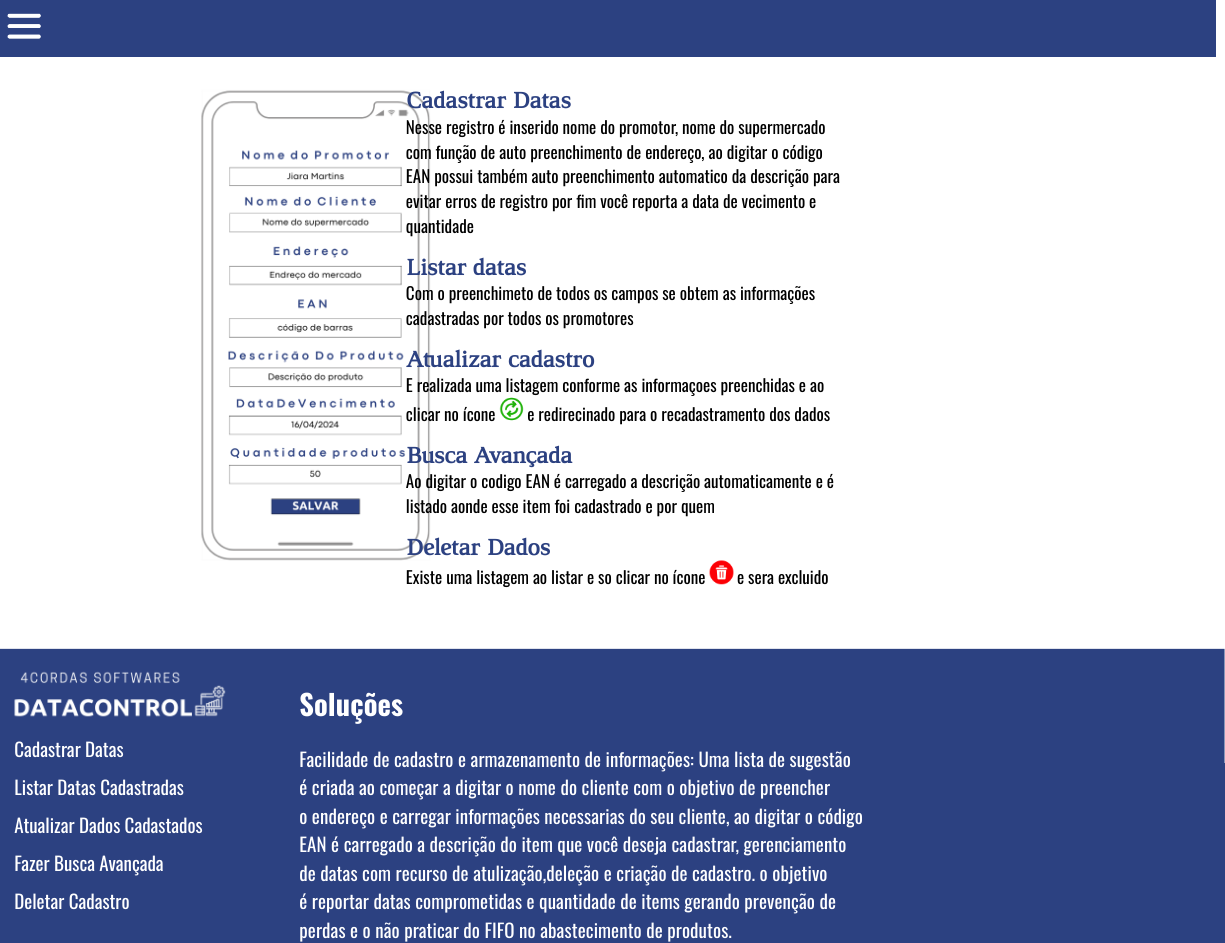
Repository: alfredo-allan/ControleDeDatasFrontEnd
Page: index.html
An editor plug-in stored every save of this project. The page is shown before and after the next save, followed by the edit.
The browser window is 1280 px wide. The page is 1289 px wide, so the pictures cover 1289 px, including what lies to the right of the window. The pictures show the whole page, at 95% of full size.

Above is the page before, as saved 2024-04-30 14:59:43.
Console error: TypeError: Cannot read properties of null (reading 'addEventListener')

After the next save:
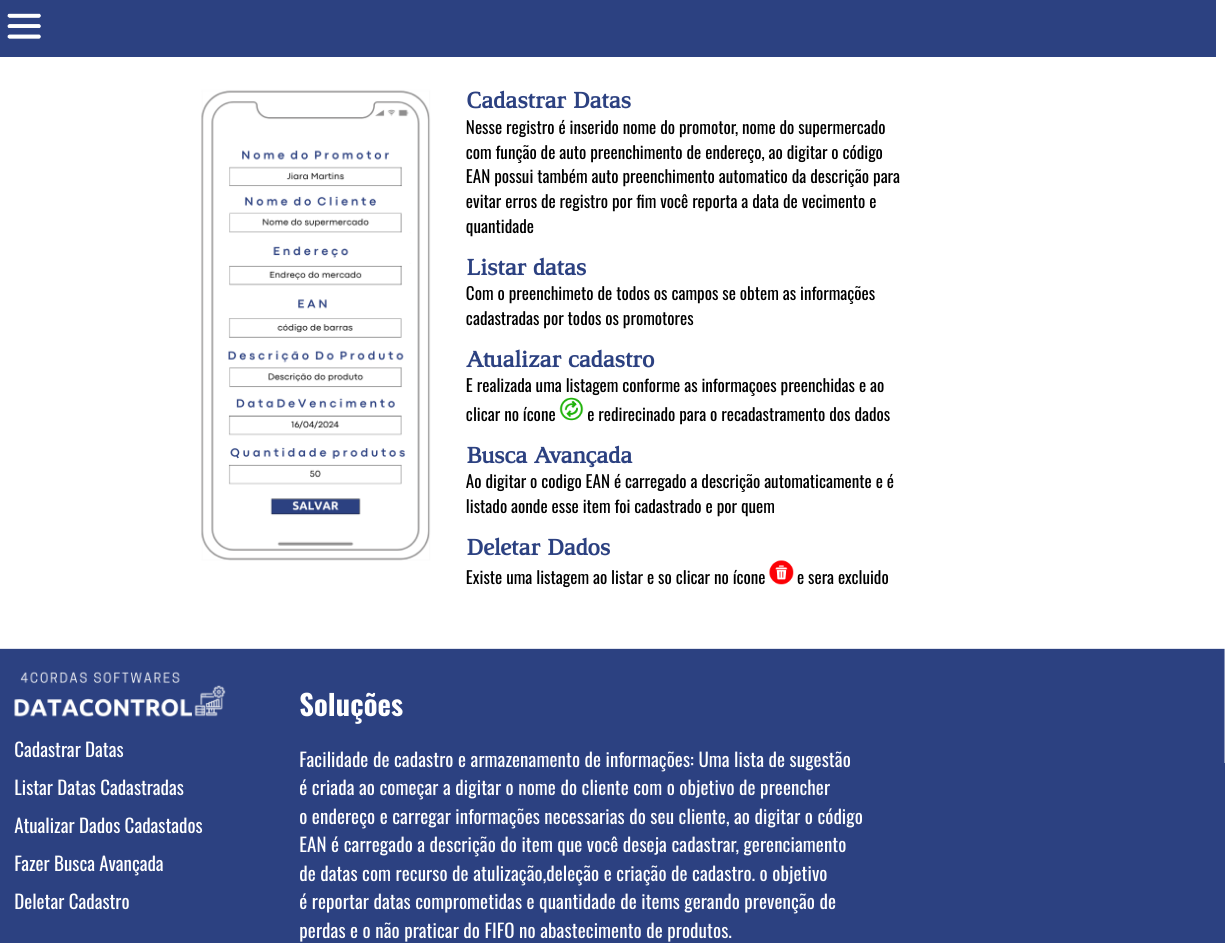
Saved 5 s later.
--- a/style/style.css
+++ b/style/style.css
@@ -451,7 +451,7 @@ button:focus {
   flex-direction: column;
   direction: ltr;
   /* justify-content: center; */
-  margin-left: 30%;
+  margin-left: 35%;
   margin-top: -41%;
   width: 40%;
   li {
